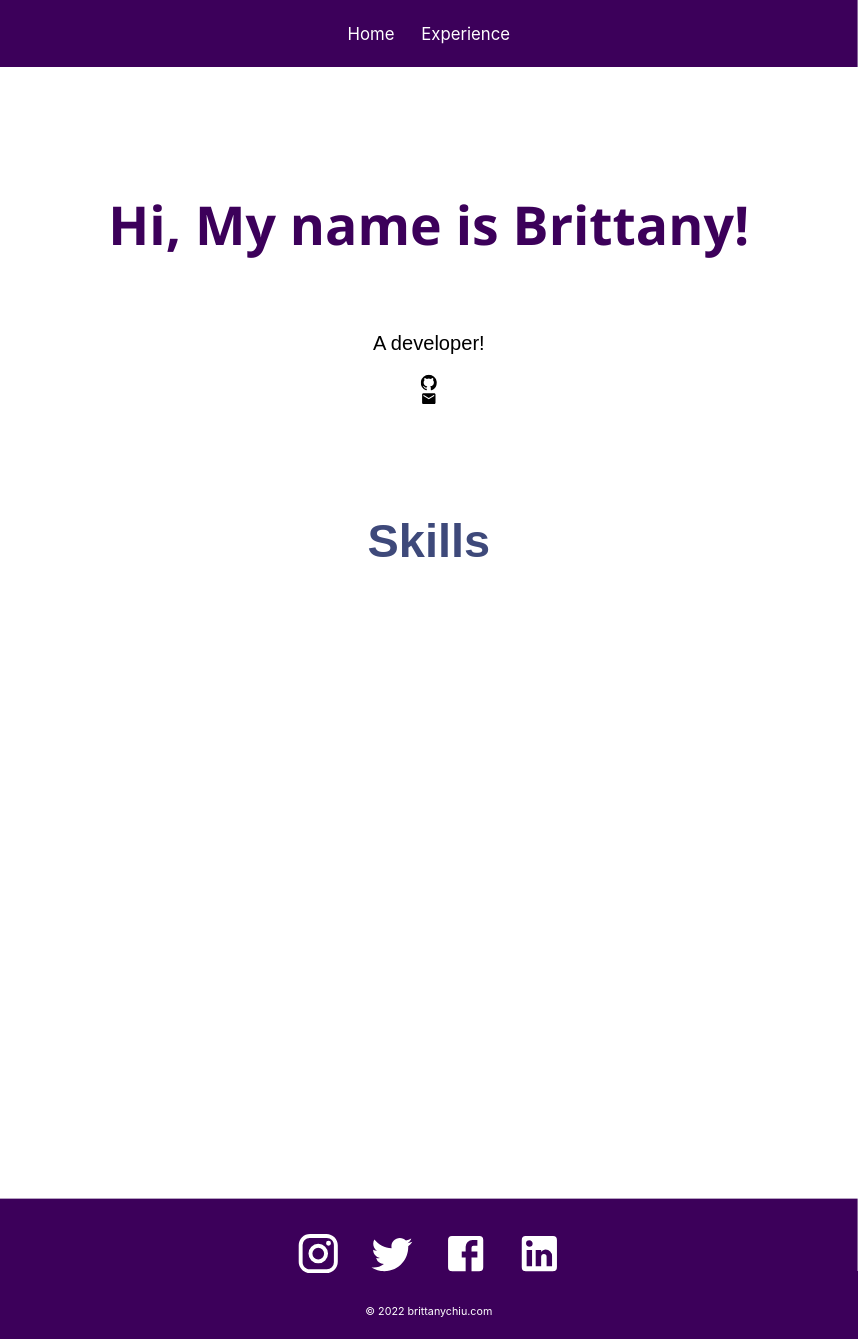
Repository: chiubacca94/chiufolio
Page: /
These files come from the project's save history. The page is drawn as it stood at one moment and after the next save; the edit follows.
The browser window is 1280 px wide. The pictures show the whole page, at 67% of full size.
The project was rebuilt for these pictures with package versions that can differ from the ones it lists, and the page was loaded fresh each time. Also part of the build but not shown: src/components/Projects/Projects.js, src/components/Experiences/Experiences.js.

Above is the page before, as saved 2022-07-04 04:28:13.

After the next save:
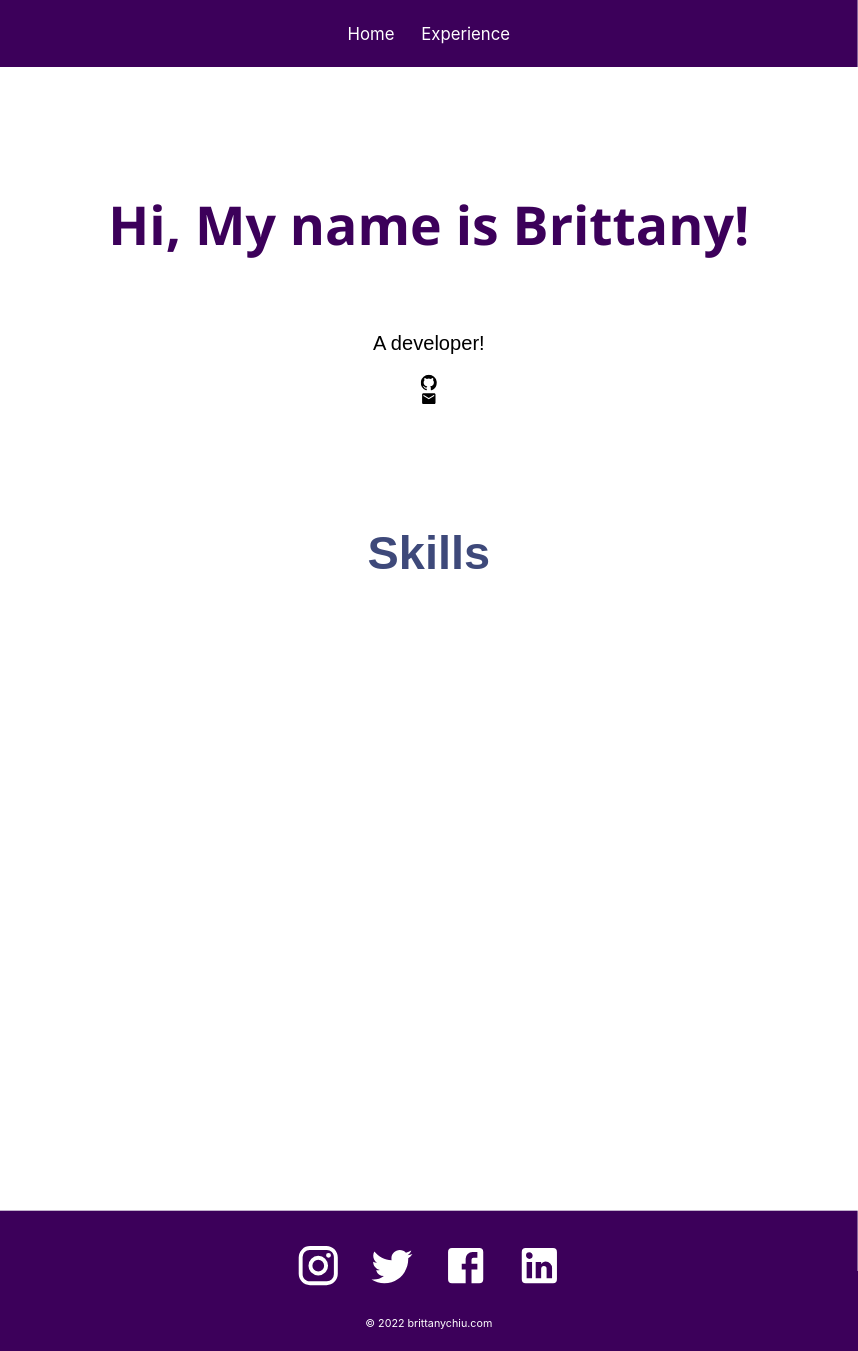
Saved 16 s later.
--- a/src/components/Home/Home.js
+++ b/src/components/Home/Home.js
@@ -12,7 +12,7 @@ export default function Home() {
             <div className='prompt'><p> A developer!</p></div>
             <GitHubIcon />
             <EmailIcon />
-        </div>
+        </div>vvvv
         <div className='skills'>
             <h1>Skills</h1>
             <ol className='list'>
